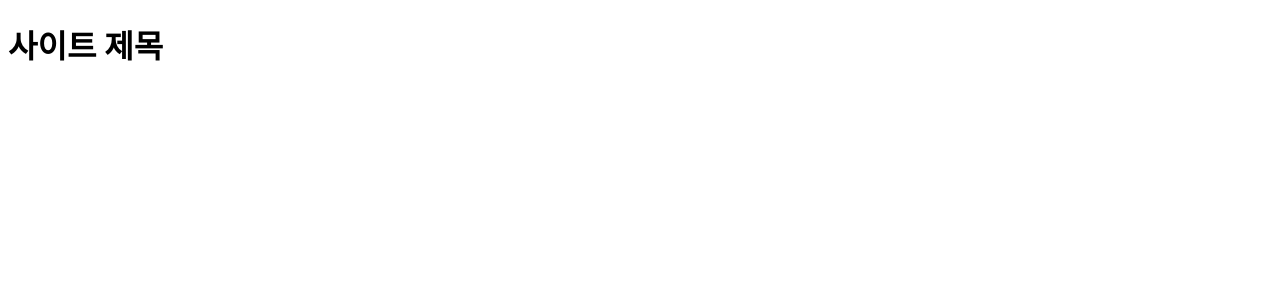
Repository: topyoungil/CodeMemories-ByJake
Page: HTML_CSS/WebContent/test/1003_css/2column.html
The author's editor kept a copy of each file at every save. The page is drawn from the files as they stood at one save, then again after the next save.
The browser window is 1280 px wide. The pictures show the whole page.

Above is the page before, as saved 2022-10-03 06:13:21.

### HTML_CSS/WebContent/test/1003_css/2column.html
<!DOCTYPE html>
<html>
<head>
<meta charset="UTF-8">
<title>Insert title here</title>
</head>
<body>
	<div id="container">
		<header id="header">
			<h1>사이트 제목</h1>
		</header>
		<aside id="sidebar"></aside>
	</div>

</body>
</html>

After the next save:
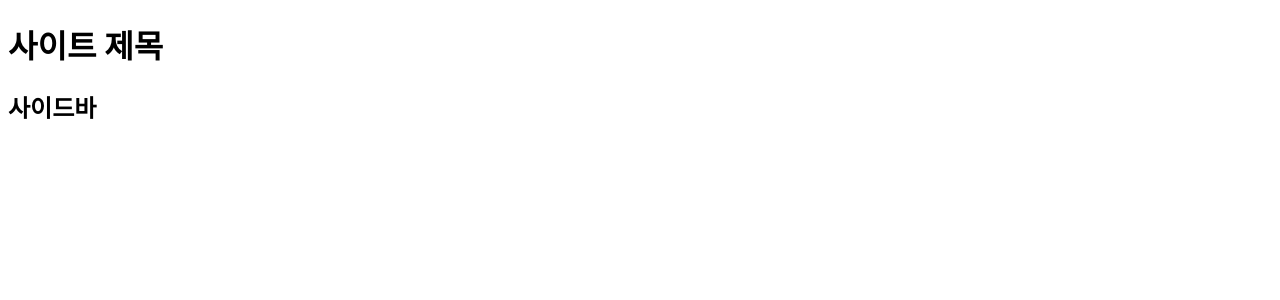
Saved 14 s later.
--- a/HTML_CSS/WebContent/test/1003_css/2column.html
+++ b/HTML_CSS/WebContent/test/1003_css/2column.html
@@ -9,7 +9,9 @@
 		<header id="header">
 			<h1>사이트 제목</h1>
 		</header>
-		<aside id="sidebar"></aside>
+		<aside id="sidebar">
+			<h2>사이드바</h2>
+		</aside>
 	</div>
 
 </body>
